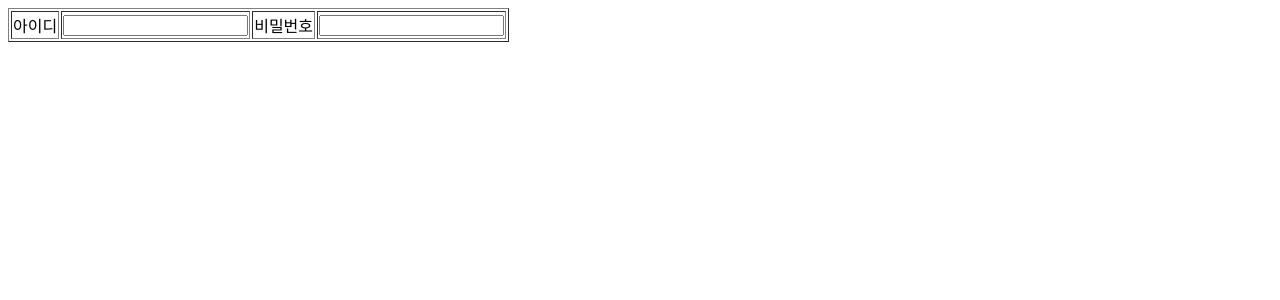
Repository: salee1023/JSP_Practice
Page: HTML_CSS_JS_practice01/src/main/webapp/form_tag.htm
An editor plug-in stored every save of this project. The page is shown before and after the next save, followed by the edit.
The browser window is 1280 px wide. The pictures show the whole page.

Above is the page before, as saved 2021-08-16 11:22:21.

### HTML_CSS_JS_practice01/src/main/webapp/form_tag.htm
<!DOCTYPE html>
<html>
<head>
<meta charset="UTF-8">
<title>폼태그 연습</title>
</head>
<body>
	<!--
		폼을 구성하는 태그들
		  : 폼은 데이터를 전송할 때 사용하는 태그,
		  회원가입을 할 때 이름, 전화번호, 주소...

		<form> 자신의 태그내에 있는 데이터를 지정한 웹 주소로 전송해준다.
		데이터 전송방식
		  GET방식 : 데이터용량이 작은 256~4096바이트
		  POST방식 : 대용량의 데이터를 보낼 때 유용하다.

		  <form> 속성 :
		    method : 데이터 전송방식을 지정
		    name : 폼의 이름을 지정. 자바스크립트에서 폼내의 데이터를 구분할 때 사용한다.
		    action : 폼내의 데이터를 이동시킬 위치를 지정한다.
		    enctype : 대용량 파일의 데이터 속성을 지정한다.

		  구성태그들
		  ---------------
		  <input>
	-->
	<form action="http://www.naver.com/index.html">
		<table border = 1>
			<tr>
				<td>아이디</td>
				<td>
					<input type="text" id="name">
				</td>
				<td>비밀번호</td>
				<td>
					<input type="password" id="pw">
				</td>
			</tr>
		</table>
	</form>
</body>
</html>

After the next save:
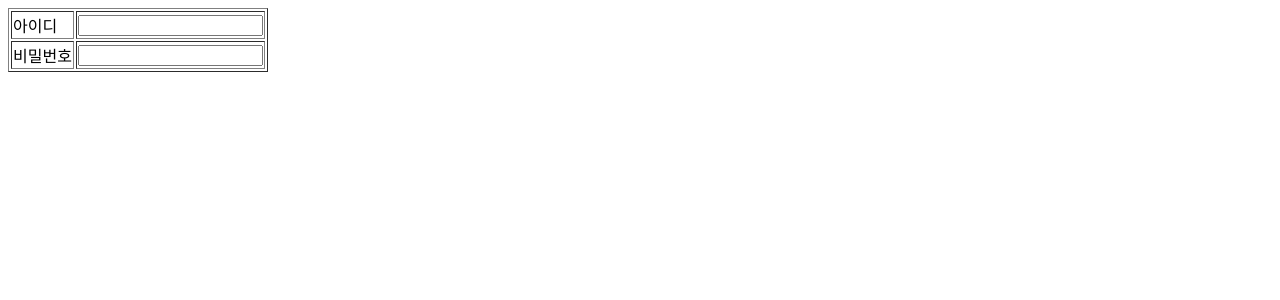
Saved 25 s later.
--- a/HTML_CSS_JS_practice01/src/main/webapp/form_tag.htm
+++ b/HTML_CSS_JS_practice01/src/main/webapp/form_tag.htm
@@ -32,7 +32,9 @@
 				<td>
 					<input type="text" id="name">
 				</td>
-				<td>비밀번호</td>
+			</tr>
+			<tr>
+			<td>비밀번호</td>
 				<td>
 					<input type="password" id="pw">
 				</td>
